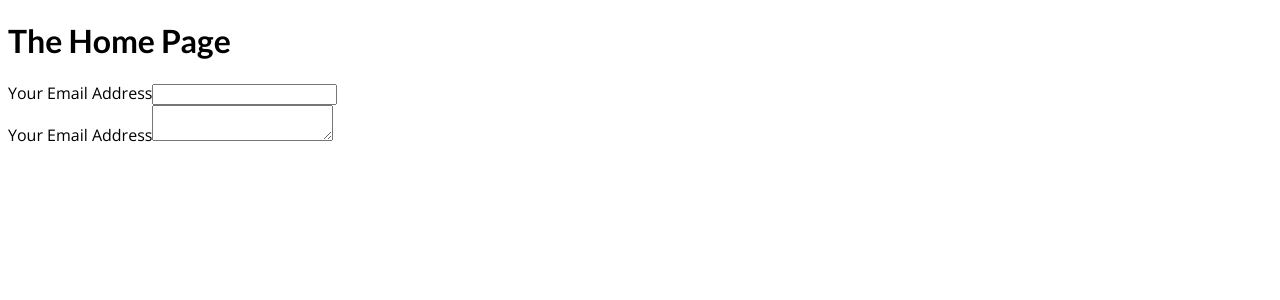
Repository: dydals3440/NextJS-Study
Page: / (app in 05-FullStack-Next.js/)
An editor plug-in stored every save of this project. The page is shown before and after a run of saves, followed by the edit.
The browser window is 1280 px wide. The pictures show the whole page.
The project was rebuilt for these pictures with package versions that can differ from the ones it lists, and the page was loaded fresh each time. The framework's server and built-in components were replaced by stand-ins that run in the browser.

Above is the page before, as saved 2023-09-03 21:16:33.

After the next 2 saves:
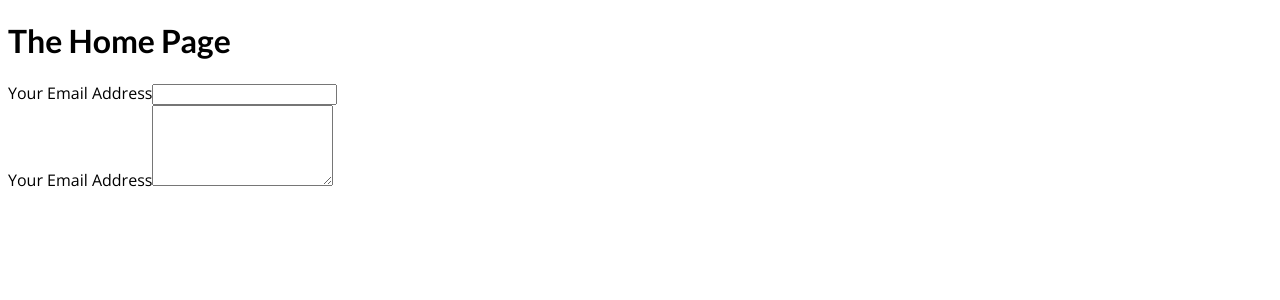
The 2 saves are shown as one change because they came seconds apart.
The last was saved 7 s later.
--- a/05-FullStack-Next.js/pages/index.js
+++ b/05-FullStack-Next.js/pages/index.js
@@ -9,7 +9,7 @@ function HomePage() {
         </div>
         <div>
           <label htmlFor='feedback'>Your Email Address</label>
-          <textarea type='text' id='feedback' />
+          <textarea rows='5' id='feedback' />
         </div>
       </form>
     </div>
